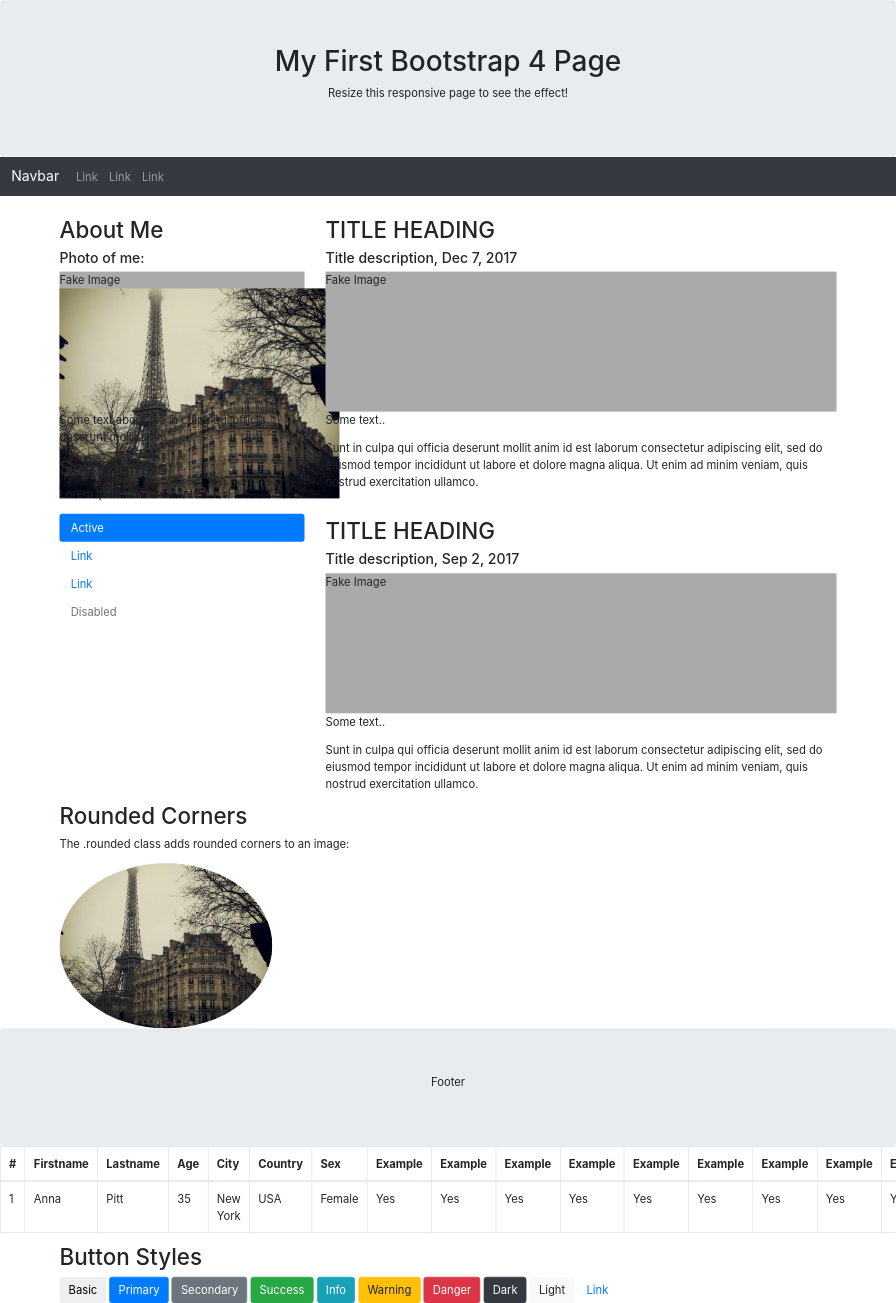
Repository: Anusha-Shilamkoti/Anusha
Page: MyFirstWebProject/WebContent/index.html
The author's editor kept a copy of each file at every save. The page is drawn from the files as they stood at one save, then again after the next save.
The browser window is 1280 px wide. The pictures show the whole page, at 70% of full size.

Above is the page before, as saved 2020-01-18 12:00:09.

### MyFirstWebProject/WebContent/index.html
<!DOCTYPE html>
<html lang="en">
<head>
  <title>Bootstrap 4 Website Example</title>
  <meta charset="utf-8">
  <head>
  <meta name="viewport" content="width=device-width, initial-scale=1">
  <link rel="stylesheet" href="Bootstrap/css/bootstrap.min.css">
  <script src="https://ajax.googleapis.com/ajax/libs/jquery/3.3.1/jquery.min.js"></script>
  <script src="Bootstrap/js/bootstrap.min.js"></script>
<style>
  .fakeimg {
    height: 200px;
    background: #aaa;
  }
  </style>
</head>
<body>

<div class="jumbotron text-center" style="margin-bottom:0">
  <h1>My First Bootstrap 4 Page</h1>
  <p>Resize this responsive page to see the effect!</p>
</div>

<nav class="navbar navbar-expand-sm bg-dark navbar-dark">
  <a class="navbar-brand" href="#">Navbar</a>
  <button class="navbar-toggler" type="button" data-toggle="collapse" data-target="#collapsibleNavbar">
    <span class="navbar-toggler-icon"></span>
  </button>
  <div class="collapse navbar-collapse" id="collapsibleNavbar">
    <ul class="navbar-nav">
      <li class="nav-item">
        <a class="nav-link" href="#">Link</a>
      </li>
      <li class="nav-item">
        <a class="nav-link" href="#">Link</a>
      </li>
      <li class="nav-item">
        <a class="nav-link" href="#">Link</a>
      </li>
    </ul>
  </div>
</nav>

<div class="container" style="margin-top:30px">
  <div class="row">
    <div class="col-md-4">
      <h2>About Me</h2>
      <h5>Photo of me:</h5>
      <div class="fakeimg">Fake Image
      <img alt="Anusha" src="image\paris.jpg">
      </div>
      <p>Some text about me in culpa qui officia deserunt mollit anim..</p>
      <h3>Some Links</h3>
      <p>Lorem ipsum dolor sit ame.</p>
      <ul class="nav nav-pills flex-column">
        <li class="nav-item">
          <a class="nav-link active" href="#">Active</a>
        </li>
        <li class="nav-item">
          <a class="nav-link" href="#">Link</a>
        </li>
        <li class="nav-item">
          <a class="nav-link" href="#">Link</a>
        </li>
        <li class="nav-item">
          <a class="nav-link disabled" href="#">Disabled</a>
        </li>
      </ul>
      <hr class="d-sm-none">
    </div>
    <div class="col-sm-8">
      <h2>TITLE HEADING</h2>
      <h5>Title description, Dec 7, 2017</h5>
      <div class="fakeimg">Fake Image</div>
      <p>Some text..</p>
      <p>Sunt in culpa qui officia deserunt mollit anim id est laborum consectetur adipiscing elit, sed do eiusmod tempor incididunt ut labore et dolore magna aliqua. Ut enim ad minim veniam, quis nostrud exercitation ullamco.</p>
      <br>
      <h2>TITLE HEADING</h2>
      <h5>Title description, Sep 2, 2017</h5>
      <div class="fakeimg">Fake Image</div>
      <p>Some text..</p>
      <p>Sunt in culpa qui officia deserunt mollit anim id est laborum consectetur adipiscing elit, sed do eiusmod tempor incididunt ut labore et dolore magna aliqua. Ut enim ad minim veniam, quis nostrud exercitation ullamco.</p>
    </div>
  </div>
</div>
<div class="container">
  <h2>Rounded Corners</h2>
  <p>The .rounded class adds rounded corners to an image:</p>
  <img src="image/paris.jpg" class="rounded-circle" alt="Cinque Terre" width="304" height="236">
</div>

<div class="jumbotron text-center" style="margin-bottom:0">
  <p>Footer</p>
</div>
 <div class="table-responsive">
    <table class="table table-bordered">
      <thead>
        <tr>
          <th>#</th>
          <th>Firstname</th>
          <th>Lastname</th>
          <th>Age</th>
          <th>City</th>
          <th>Country</th>
          <th>Sex</th>
          <th>Example</th>
          <th>Example</th>
          <th>Example</th>
          <th>Example</th>
          <th>Example</th>
          <th>Example</th>
          <th>Example</th>
          <th>Example</th>
          <th>Example</th>
          <th>Example</th>
          <th>Example</th>
          <th>Example</th>
        </tr>
      </thead>
      <tbody>
        <tr>
          <td>1</td>
          <td>Anna</td>
          <td>Pitt</td>
          <td>35</td>
          <td>New York</td>
          <td>USA</td>
          <td>Female</td>
          <td>Yes</td>
          <td>Yes</td>
          <td>Yes</td>
          <td>Yes</td>
          <td>Yes</td>
          <td>Yes</td>
          <td>Yes</td>
          <td>Yes</td>
          <td>Yes</td>
          <td>Yes</td>
          <td>Yes</td>
          <td>Yes</td>
        </tr>
      </tbody>
    </table>
  </div>

<div class="container">
  <h2>Button Styles</h2>
  <button type="button" class="btn">Basic</button>
  <button type="button" class="btn btn-primary">Primary</button>
  <button type="button" class="btn btn-secondary">Secondary</button>
  <button type="button" class="btn btn-success">Success</button>
  <button type="button" class="btn btn-info">Info</button>
  <button type="button" class="btn btn-warning">Warning</button>
  <button type="button" class="btn btn-danger">Danger</button>
  <button type="button" class="btn btn-dark">Dark</button>
  <button type="button" class="btn btn-light">Light</button>
  <button type="button" class="btn btn-link">Link</button>
</div>
</body>
</html>

Loaded but not shown: MyFirstWebProject/WebContent/Bootstrap/css/bootstrap.min.css (library); MyFirstWebProject/WebContent/Bootstrap/js/bootstrap.min.js (library)

After the next save:
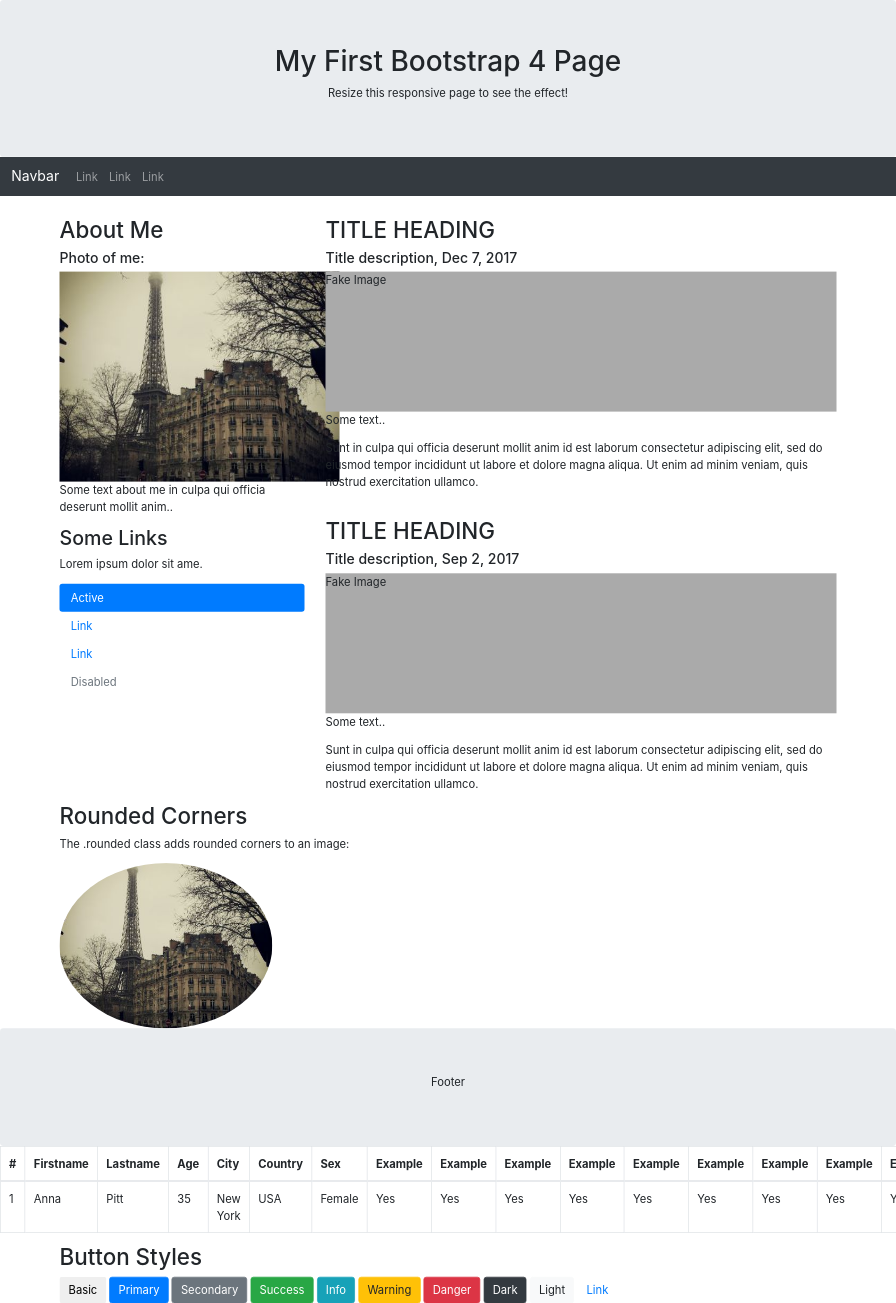
Saved 49 s later.
--- a/MyFirstWebProject/WebContent/index.html
+++ b/MyFirstWebProject/WebContent/index.html
@@ -47,7 +47,7 @@
     <div class="col-md-4">
       <h2>About Me</h2>
       <h5>Photo of me:</h5>
-      <div class="fakeimg">Fake Image
+      <div>
       <img alt="Anusha" src="image\paris.jpg">
       </div>
       <p>Some text about me in culpa qui officia deserunt mollit anim..</p>
